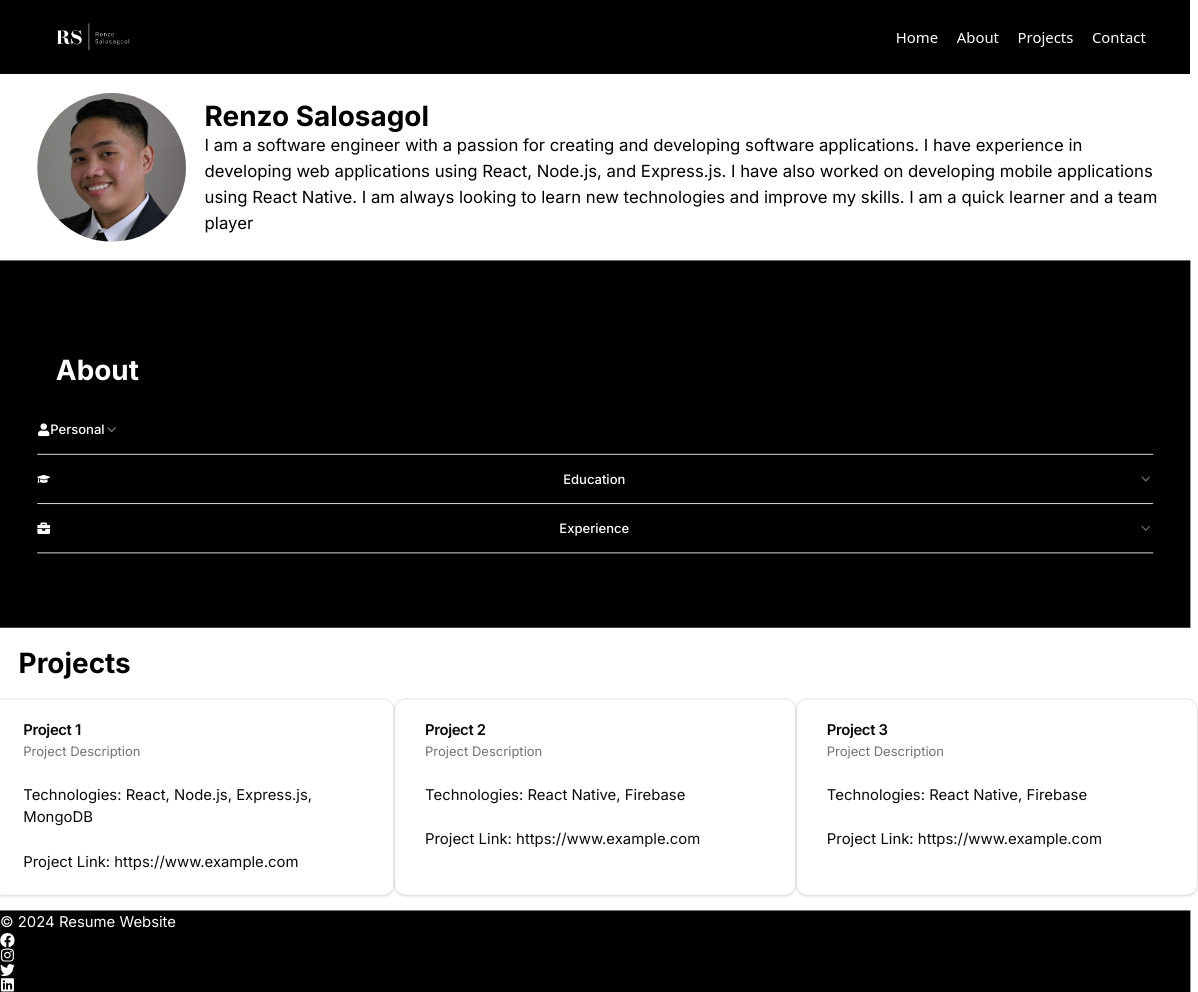
Repository: Renzo-Salosagcol/Portfolio-Website
Page: / (app in resume_website/)
The author's editor kept a copy of each file at every save. The page is drawn from the files as they stood at one save, then again after the next save.
The browser window is 1280 px wide. The page is 1288 px wide, so the pictures cover 1288 px, including what lies to the right of the window. The pictures show the whole page, at 93% of full size.
The project was rebuilt for these pictures with package versions that can differ from the ones it lists, and the page was loaded fresh each time. Also part of the build but not shown: resume_website/vite.config.js.

Above is the page before, as saved 2024-12-11 16:00:34.

### resume_website/index.html
<!doctype html>
<html lang="en">
  <head>
    <meta charset="UTF-8" />
    <link rel="icon" type="image/svg+xml" href="/vite.svg" />
    <meta name="viewport" content="width=device-width, initial-scale=1.0" />
    <title>Renzo Salosagcol</title>
  </head>
  <body>
    <div id="root"></div>
    <script type="module" src="/src/main.jsx"></script>
  </body>
</html>

### resume_website/src/index.css
@import url('https://fonts.googleapis.com/css2?family=Inter:opsz,wght@14..32,100..900&family=Roboto:wght@400;500;700&display=swap');

@tailwind base;
@tailwind components;
@tailwind utilities;

:root {
  font-family: "Inter", sans-serif;
}

### resume_website/src/App.jsx
import Nav from './components/Nav'
import Hero from "./components/Hero";
import About from "./components/about";
import Projects from "./components/projects";
import Footer from "./components/footer";

const App = () => {
  return (
    <div>
      <div class="fixed h-full w-full bg-blue"><div class="absolute bottom-0 left-0 right-0 top-0 bg-[url(&#x27;/noise.png&#x27;)] bg-[size:300px_300px] bg-left-top"></div>
      </div>
      <nav className="fixed block w-full h-20 top-0">
        <Nav />
      </nav>
      <main className="mt-20">
        <Hero />
        <About />
        <Projects />
      </main>
      <footer>
        <Footer />
      </footer>
    </div>
  )
}

export default App;

### resume_website/src/components/Nav.jsx
import logoImage from "../assets/InitialPortfolioLogo.png";
import {
  NavigationMenu,
  NavigationMenuContent,
  NavigationMenuIndicator,
  NavigationMenuItem,
  NavigationMenuLink,
  NavigationMenuList,
  NavigationMenuTrigger,
  NavigationMenuViewport,
} from "../components/ui/navigation-menu";
import { navigationMenuTriggerStyle } from "../components/ui/navigation-menu";


const Nav = () => {
  return (
    <nav className="flex items-center bg-black w-full justify-between h-10 p-10 top-0">
      <div className="mx-5 flex-shrink-0">
        <img className="w-20 h-15" src={logoImage} alt="logo" />
      </div>
      <div className="flex-1 flex justify-end text-white">
        <NavigationMenu className="font-sans w-max">
          <NavigationMenuList className="flex">
            <NavigationMenuItem className="flex-1 px-2">
              <NavigationMenuLink href="#" className="hover:underline">Home</NavigationMenuLink>
            </NavigationMenuItem>
            <NavigationMenuItem className="flex-1 px-2">
              <NavigationMenuLink href="#" className="hover:underline">About</NavigationMenuLink>
            </NavigationMenuItem>
            <NavigationMenuItem className="flex-1 px-2">
              <NavigationMenuLink href="#" className="hover:underline">Projects</NavigationMenuLink>
            </NavigationMenuItem>
            <NavigationMenuItem className="flex-1 px-2">
              <NavigationMenuLink href="#" className="hover:underline">Contact</NavigationMenuLink>
            </NavigationMenuItem>
          </NavigationMenuList>
        </NavigationMenu>
      </div>
    </nav>
  );
}

export default Nav;

### resume_website/src/components/Hero.jsx
import profilePic from "../assets/ProfilePic.png";
import {HERO_INFO} from "../assets/constants";

const Hero = () => {
  return (
    <div className="bg-white text-black w-full flex items-center justify-between p-5">
      <img src={ profilePic } alt="profile" className="w-50 h-40 rounded-full mx-5"/>
      <div className="justify-items-start">
        <h1 className="text-3xl font-bold">Renzo Salosagol</h1>
        <p className="text-lg">{HERO_INFO}</p>
      </div>
    </div>
  );
};

export default Hero;

### resume_website/src/components/about.jsx
import {
  Accordion,
  AccordionContent,
  AccordionItem,
  AccordionTrigger,
} from "@/components/ui/accordion"
import { PERSONAL_INFO, EDUCATION_INFO, EXPERIENCE_INFO } from "../assets/constants";
import { FaBriefcase, FaUser, FaGraduationCap } from "react-icons/fa"


const About = () => {
  return (
    <div className="p-10 bg-black text-white py-20">
      <h1 className="text-3xl font-bold p-5">About</h1>
      <Accordion type="multiple" collapsible className="w-full">
        <AccordionItem value="item-1" className="">
          <AccordionTrigger className="justify-start"><FaUser /><div classname="">Personal</div></AccordionTrigger>
          <AccordionContent>
            <div>{ PERSONAL_INFO }</div>
          </AccordionContent>
        </AccordionItem>
        <AccordionItem value="item-2">
          <AccordionTrigger><FaGraduationCap /><div>Education</div></AccordionTrigger>
          <AccordionContent>
            <div>{ EDUCATION_INFO }</div>
          </AccordionContent>
        </AccordionItem>
        <AccordionItem value="item-3">
          <AccordionTrigger className="">
            <FaBriefcase /><div>Experience</div>
          </AccordionTrigger>
          <AccordionContent>
            <div>{ EXPERIENCE_INFO }</div>
          </AccordionContent>
        </AccordionItem>
      </Accordion>
    </div>
  );
}

export default About;

### resume_website/src/components/projects.jsx
import {
  Card,
  CardContent,
  CardDescription,
  CardFooter,
  CardHeader,
  CardTitle,
} from "@/components/ui/card"

const Projects = () => {
  return (
    <div>
      <h1 className="text-3xl font-bold p-5">Projects</h1>
      <div className="flex flex-col md:flex-row md:flex-wrap md:-mx-2">
        <Card className="mb-4 md:w-1/2 lg:w-1/3 md:px-2">
          <CardHeader>
            <CardTitle>Project 1</CardTitle>
            <CardDescription>Project Description</CardDescription>
          </CardHeader>
          <CardContent>
            <p>Technologies: React, Node.js, Express.js, MongoDB</p>
          </CardContent>
          <CardFooter>
            <p>Project Link: <a href="https://www.example.com">https://www.example.com</a></p>
          </CardFooter>
        </Card>
        <Card className="mb-4 md:w-1/2 lg:w-1/3 md:px-2">
          <CardHeader>
            <CardTitle>Project 2</CardTitle>
            <CardDescription>Project Description</CardDescription>
          </CardHeader>
          <CardContent>
            <p>Technologies: React Native, Firebase</p>
          </CardContent>
          <CardFooter>
            <p>Project Link: <a href="https://www.example.com">https://www.example.com</a></p>
          </CardFooter>
        </Card>
        <Card className="mb-4 md:w-1/2 lg:w-1/3 md:px-2">
          <CardHeader>
            <CardTitle>Project 3</CardTitle>
            <CardDescription>Project Description</CardDescription>
          </CardHeader>
          <CardContent>
            <p>Technologies: React Native, Firebase</p>
          </CardContent>
          <CardFooter>
            <p>Project Link: <a href="https://www.example.com">https://www.example.com</a></p>
          </CardFooter>
        </Card>
      </div>
    </div>
  );
}

export default Projects;

### resume_website/src/components/footer.jsx
import { FaFacebook, FaInstagram, FaTwitter, FaLinkedin} from 'react-icons/fa';

const Footer = () => {
  return (
    <footer className="bg-black text-white">
      <p>© 2024 Resume Website</p>
      <div className='inline'>
        <FaFacebook />
        <FaInstagram />
        <FaTwitter />
        <FaLinkedin />
      </div>
    </footer>
  );
}

export default Footer;

### resume_website/src/components/ui/navigation-menu.jsx
import * as React from "react"
import * as NavigationMenuPrimitive from "@radix-ui/react-navigation-menu"
import { cva } from "class-variance-authority"
import { ChevronDown } from "lucide-react"

import { cn } from "@/lib/utils"

const NavigationMenu = React.forwardRef(({ className, children, ...props }, ref) => (
  <NavigationMenuPrimitive.Root
    ref={ref}
    className={cn(
      "relative z-10 flex max-w-max flex-1 items-center justify-center",
      className
    )}
    {...props}>
    {children}
    <NavigationMenuViewport />
  </NavigationMenuPrimitive.Root>
))
NavigationMenu.displayName = NavigationMenuPrimitive.Root.displayName

const NavigationMenuList = React.forwardRef(({ className, ...props }, ref) => (
  <NavigationMenuPrimitive.List
    ref={ref}
    className={cn(
      "group flex flex-1 list-none items-center justify-center space-x-1",
      className
    )}
    {...props} />
))
NavigationMenuList.displayName = NavigationMenuPrimitive.List.displayName

const NavigationMenuItem = NavigationMenuPrimitive.Item

const navigationMenuTriggerStyle = cva(
  "group inline-flex h-9 w-max items-center justify-center rounded-md bg-white px-4 py-2 text-sm font-medium transition-colors hover:bg-zinc-100 hover:text-zinc-900 focus:bg-zinc-100 focus:text-zinc-900 focus:outline-none disabled:pointer-events-none disabled:opacity-50 data-[active]:bg-zinc-100/50 data-[state=open]:bg-zinc-100/50 dark:bg-zinc-950 dark:hover:bg-zinc-800 dark:hover:text-zinc-50 dark:focus:bg-zinc-800 dark:focus:text-zinc-50 dark:data-[active]:bg-zinc-800/50 dark:data-[state=open]:bg-zinc-800/50"
)

const NavigationMenuTrigger = React.forwardRef(({ className, children, ...props }, ref) => (
  <NavigationMenuPrimitive.Trigger
    ref={ref}
    className={cn(navigationMenuTriggerStyle(), "group", className)}
    {...props}>
    {children}{""}
    <ChevronDown
      className="relative top-[1px] ml-1 h-3 w-3 transition duration-300 group-data-[state=open]:rotate-180"
      aria-hidden="true" />
  </NavigationMenuPrimitive.Trigger>
))
NavigationMenuTrigger.displayName = NavigationMenuPrimitive.Trigger.displayName

const NavigationMenuContent = React.forwardRef(({ className, ...props }, ref) => (
  <NavigationMenuPrimitive.Content
    ref={ref}
    className={cn(
      "left-0 top-0 w-full data-[motion^=from-]:animate-in data-[motion^=to-]:animate-out data-[motion^=from-]:fade-in data-[motion^=to-]:fade-out data-[motion=from-end]:slide-in-from-right-52 data-[motion=from-start]:slide-in-from-left-52 data-[motion=to-end]:slide-out-to-right-52 data-[motion=to-start]:slide-out-to-left-52 md:absolute md:w-auto",
      className
    )}
    {...props} />
))
NavigationMenuContent.displayName = NavigationMenuPrimitive.Content.displayName

const NavigationMenuLink = NavigationMenuPrimitive.Link

const NavigationMenuViewport = React.forwardRef(({ className, ...props }, ref) => (
  <div className={cn("absolute left-0 top-full flex justify-center")}>
    <NavigationMenuPrimitive.Viewport
      className={cn(
        "origin-top-center relative mt-1.5 h-[var(--radix-navigation-menu-viewport-height)] w-full overflow-hidden rounded-md border border-zinc-200 bg-white text-zinc-950 shadow data-[state=open]:animate-in data-[state=closed]:animate-out data-[state=closed]:zoom-out-95 data-[state=open]:zoom-in-90 md:w-[var(--radix-navigation-menu-viewport-width)] dark:border-zinc-800 dark:bg-zinc-950 dark:text-zinc-50",
        className
      )}
      ref={ref}
      {...props} />
  </div>
))
NavigationMenuViewport.displayName =
  NavigationMenuPrimitive.Viewport.displayName

const NavigationMenuIndicator = React.forwardRef(({ className, ...props }, ref) => (
  <NavigationMenuPrimitive.Indicator
    ref={ref}
    className={cn(
      "top-full z-[1] flex h-1.5 items-end justify-center overflow-hidden data-[state=visible]:animate-in data-[state=hidden]:animate-out data-[state=hidden]:fade-out data-[state=visible]:fade-in",
      className
    )}
    {...props}>
    <div
      className="relative top-[60%] h-2 w-2 rotate-45 rounded-tl-sm bg-zinc-200 shadow-md dark:bg-zinc-800" />
  </NavigationMenuPrimitive.Indicator>
))
NavigationMenuIndicator.displayName =
  NavigationMenuPrimitive.Indicator.displayName

export {
  navigationMenuTriggerStyle,
  NavigationMenu,
  NavigationMenuList,
  NavigationMenuItem,
  NavigationMenuContent,
  NavigationMenuTrigger,
  NavigationMenuLink,
  NavigationMenuIndicator,
  NavigationMenuViewport,
}

### resume_website/src/assets/constants.js
export const HERO_INFO = "I am a software engineer with a passion for creating and developing software applications. I have experience in developing web applications using React, Node.js, and Express.js. I have also worked on developing mobile applications using React Native. I am always looking to learn new technologies and improve my skills. I am a quick learner and a team player"

export const PERSONAL_INFO = "Personal: John Doe is located in Fullerton, California, United States. Contact: johndoe@example.com | (123) 456-7890. LinkedIn: linkedin.com/in/johndoe. Passionate and results-oriented software engineer with 5+ years of experience in developing scalable web applications. Adept at collaborating with cross-functional teams and committed to staying updated with the latest industry trends."

export const EDUCATION_INFO = "Education: Master of Science in Computer Science, University of California, Irvine, CA. Graduated: June 2022. Relevant Courses: Advanced Algorithms, Machine Learning, Distributed Systems. Bachelor of Science in Computer Science, California State University, Fullerton, CA. Graduated: May 2020. Relevant Courses: Data Structures, Database Management, Software Engineering."

export const EXPERIENCE_INFO = "Experience: Software Engineer at Tech Innovators Inc., Los Angeles, CA (June 2022 - Present). Developed and maintained web applications using React, Node.js, and MongoDB. Implemented RESTful APIs to enhance the functionality of the company's services. Collaborated with the product team to design and optimize user experiences. Junior Software Developer at Web Solutions LLC, Anaheim, CA (August 2020 - May 2022). Assisted in the development of e-commerce websites using HTML, CSS, and JavaScript. Worked closely with senior developers to troubleshoot and resolve software issues. Participated in code reviews and contributed to the improvement of development processes. Intern at Digital Innovations, Santa Ana, CA (June 2019 - August 2019). Supported the development of mobile applications using Flutter. Conducted testing and debugging to ensure app functionality and performance. Engaged in team meetings to discuss project progress and challenges."

### resume_website/src/components/ui/accordion.jsx
import * as React from "react"
import * as AccordionPrimitive from "@radix-ui/react-accordion"
import { ChevronDown } from "lucide-react"

import { cn } from "@/lib/utils"

const Accordion = AccordionPrimitive.Root

const AccordionItem = React.forwardRef(({ className, ...props }, ref) => (
  <AccordionPrimitive.Item ref={ref} className={cn("border-b", className)} {...props} />
))
AccordionItem.displayName = "AccordionItem"

const AccordionTrigger = React.forwardRef(({ className, children, ...props }, ref) => (
  <AccordionPrimitive.Header className="flex">
    <AccordionPrimitive.Trigger
      ref={ref}
      className={cn(
        "flex flex-1 items-center justify-between py-4 text-sm font-medium transition-all hover:underline text-left [&[data-state=open]>svg]:rotate-180",
        className
      )}
      {...props}>
      {children}
      <ChevronDown
        className="h-4 w-4 shrink-0 text-zinc-500 transition-transform duration-200 dark:text-zinc-400" />
    </AccordionPrimitive.Trigger>
  </AccordionPrimitive.Header>
))
AccordionTrigger.displayName = AccordionPrimitive.Trigger.displayName

const AccordionContent = React.forwardRef(({ className, children, ...props }, ref) => (
  <AccordionPrimitive.Content
    ref={ref}
    className="overflow-hidden text-sm data-[state=closed]:animate-accordion-up data-[state=open]:animate-accordion-down"
    {...props}>
    <div className={cn("pb-4 pt-0", className)}>{children}</div>
  </AccordionPrimitive.Content>
))
AccordionContent.displayName = AccordionPrimitive.Content.displayName

export { Accordion, AccordionItem, AccordionTrigger, AccordionContent }

### resume_website/src/components/ui/card.jsx
import * as React from "react"

import { cn } from "@/lib/utils"

const Card = React.forwardRef(({ className, ...props }, ref) => (
  <div
    ref={ref}
    className={cn(
      "rounded-xl border border-zinc-200 bg-white text-zinc-950 shadow dark:border-zinc-800 dark:bg-zinc-950 dark:text-zinc-50",
      className
    )}
    {...props} />
))
Card.displayName = "Card"

const CardHeader = React.forwardRef(({ className, ...props }, ref) => (
  <div
    ref={ref}
    className={cn("flex flex-col space-y-1.5 p-6", className)}
    {...props} />
))
CardHeader.displayName = "CardHeader"

const CardTitle = React.forwardRef(({ className, ...props }, ref) => (
  <div
    ref={ref}
    className={cn("font-semibold leading-none tracking-tight", className)}
    {...props} />
))
CardTitle.displayName = "CardTitle"

const CardDescription = React.forwardRef(({ className, ...props }, ref) => (
  <div
    ref={ref}
    className={cn("text-sm text-zinc-500 dark:text-zinc-400", className)}
    {...props} />
))
CardDescription.displayName = "CardDescription"

const CardContent = React.forwardRef(({ className, ...props }, ref) => (
  <div ref={ref} className={cn("p-6 pt-0", className)} {...props} />
))
CardContent.displayName = "CardContent"

const CardFooter = React.forwardRef(({ className, ...props }, ref) => (
  <div
    ref={ref}
    className={cn("flex items-center p-6 pt-0", className)}
    {...props} />
))
CardFooter.displayName = "CardFooter"

export { Card, CardHeader, CardFooter, CardTitle, CardDescription, CardContent }

Loaded but not shown: resume_website/src/main.jsx (common file); resume_website/src/lib/utils.js (common file); resume_website/tailwind.config.js (common file)

After the next save:
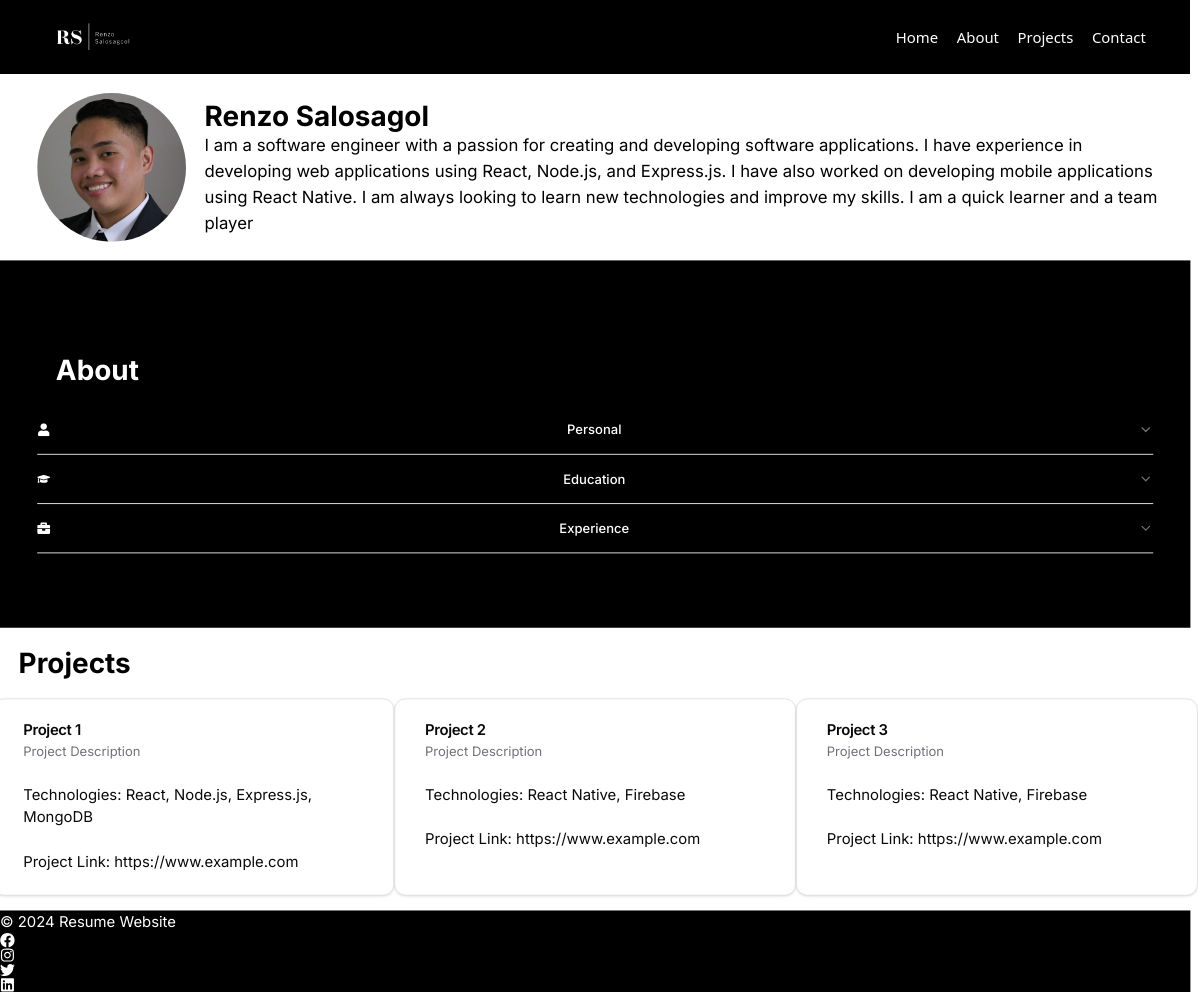
Saved 7 s later.
--- a/resume_website/src/components/about.jsx
+++ b/resume_website/src/components/about.jsx
@@ -14,7 +14,7 @@ const About = () => {
       <h1 className="text-3xl font-bold p-5">About</h1>
       <Accordion type="multiple" collapsible className="w-full">
         <AccordionItem value="item-1" className="">
-          <AccordionTrigger className="justify-start"><FaUser /><div classname="">Personal</div></AccordionTrigger>
+          <AccordionTrigger className="justify-items-center"><FaUser /><div classname="">Personal</div></AccordionTrigger>
           <AccordionContent>
             <div>{ PERSONAL_INFO }</div>
           </AccordionContent>
